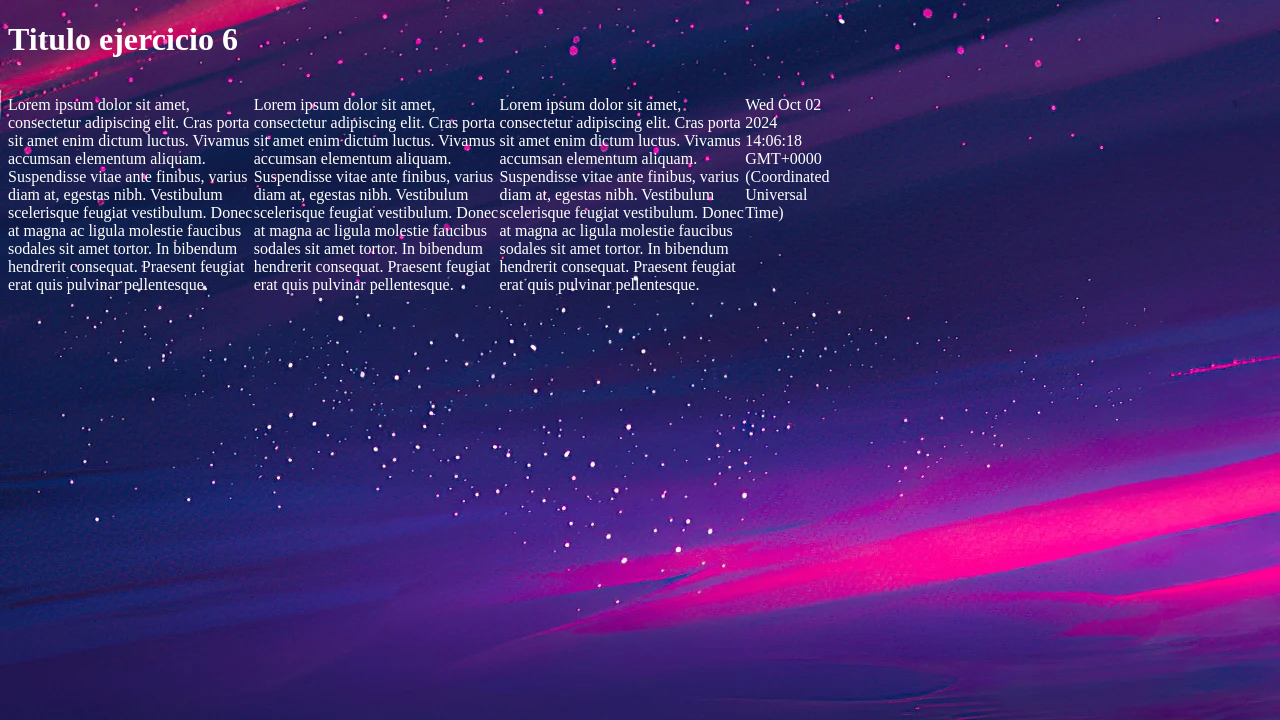
Repository: demoniers/clase
Page: lenguajes/html/ejercicio6/src/index.html
The author's editor kept a copy of each file at every save. The page is drawn from the files as they stood at one save, then again after the next save.
The browser window is 1280 px wide. The pictures show the whole page.

Above is the page before, as saved 2024-10-08 13:11:14.

### lenguajes/html/ejercicio6/src/index.html
<!DOCTYPE html>
<html>
  <head>
    <base href="../img/">
    <title>Hojas de Estilo</title>
    <link rel="icon" type="image/x-icon" href="../img/icon.ico">
    <link rel="stylesheet" href="../style/style.css" />
    <meta name="author" content="Diego" />
    <meta name="description" content="Esto es una web" />
    <!---meta http-equiv="refresh" content="60; URL=http://www.google.com/" /> -->
  </head>

  <body>
    <h1 class="encabezado">Titulo ejercicio 6</h1>
    <div id="container">
      <div class="content" id="conent1">
        <p>Lorem ipsum dolor sit amet, consectetur adipiscing elit. Cras porta sit amet enim dictum luctus. Vivamus accumsan elementum aliquam. Suspendisse vitae ante finibus, varius diam at, egestas nibh. Vestibulum scelerisque feugiat vestibulum. Donec at magna ac ligula molestie faucibus sodales sit amet tortor. In bibendum hendrerit consequat. Praesent feugiat erat quis pulvinar pellentesque.</p>
      </div>
      <div class="content" id="conent3">
        <p>Lorem ipsum dolor sit amet, consectetur adipiscing elit. Cras porta sit amet enim dictum luctus. Vivamus accumsan elementum aliquam. Suspendisse vitae ante finibus, varius diam at, egestas nibh. Vestibulum scelerisque feugiat vestibulum. Donec at magna ac ligula molestie faucibus sodales sit amet tortor. In bibendum hendrerit consequat. Praesent feugiat erat quis pulvinar pellentesque.</p>
      </div>
      <div class="content" id="conent2">
        <p>Lorem ipsum dolor sit amet, consectetur adipiscing elit. Cras porta sit amet enim dictum luctus. Vivamus accumsan elementum aliquam. Suspendisse vitae ante finibus, varius diam at, egestas nibh. Vestibulum scelerisque feugiat vestibulum. Donec at magna ac ligula molestie faucibus sodales sit amet tortor. In bibendum hendrerit consequat. Praesent feugiat erat quis pulvinar pellentesque.</p>
      </div>
      <p id="fh"></p>
    </div>
  </body>
  <script>
    fecha = document.getElementById("fh");
    f = new Date();
    fecha.innerHTML = f;
</script>
</html>

### lenguajes/html/ejercicio6/style/style.css
        /* Estilo que aplica al cuerpo de la página */
        body {
            background-color: #ae58bb;
            background-image: url(../img/fondo.jpg);
            color: white;
        }
        .encabezado {
            width: 25%;
        }
        #container {
            width: 65%;
            display: flex;
            align-content: center;
        }
        .content {
            display: flex;
            flex-flow: center;
        }

After the next save:
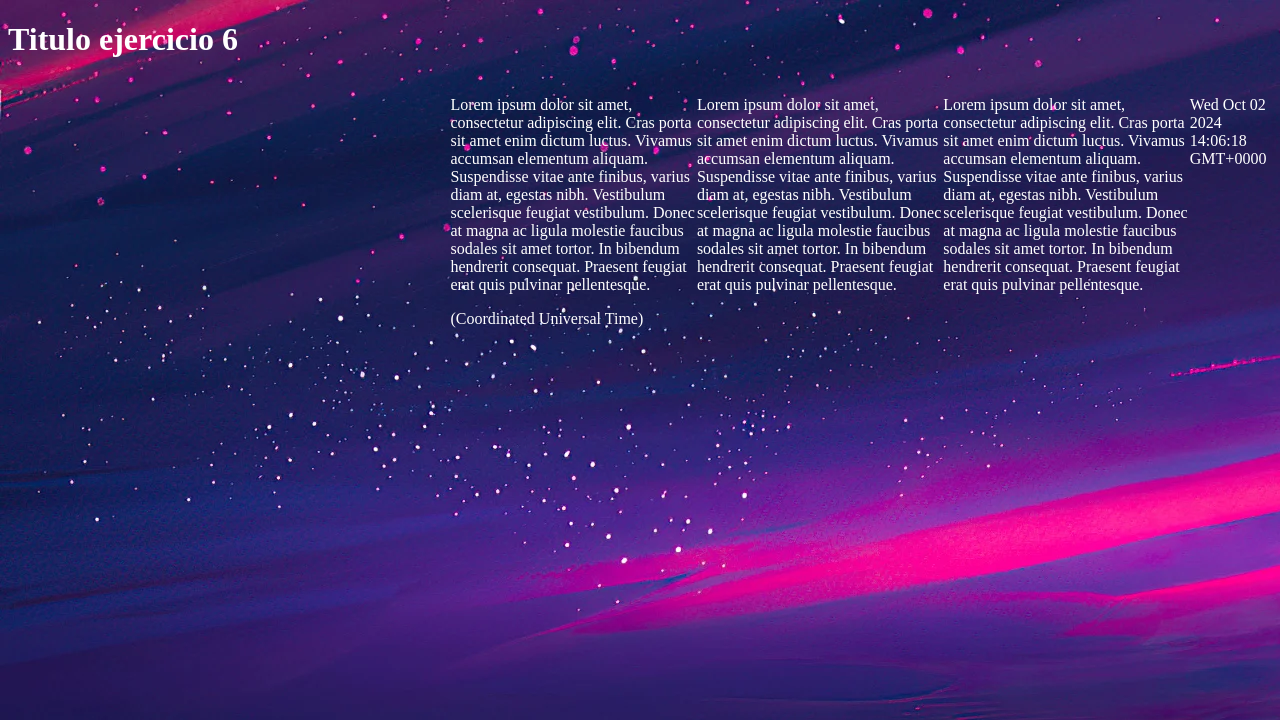
Saved 54 s later.
--- a/lenguajes/html/ejercicio6/style/style.css
+++ b/lenguajes/html/ejercicio6/style/style.css
@@ -9,10 +9,11 @@
         }
         #container {
             width: 65%;
-            display: flex;
-            align-content: center;
+            display: block;
+            align-items: center;
+            float: right;
         }
         .content {
-            display: flex;
-            flex-flow: center;
+            float: left;
+            width: 30%;
         }
